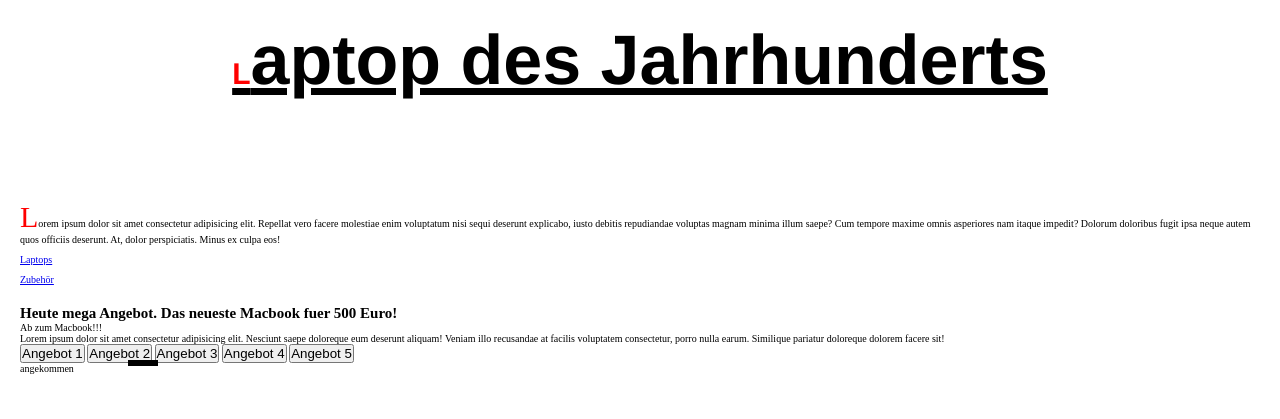
Repository: m0lt/modul_1
Page: 20250708_css_Class_ID/index.html
These files come from the project's save history. The page is drawn as it stood at one moment and after the next save; the edit follows.
The browser window is 1280 px wide. The pictures show the whole page.
Some web libraries are served in a nearby version.

Above is the page before, as saved 2025-07-07 10:30:10.

After the next save:
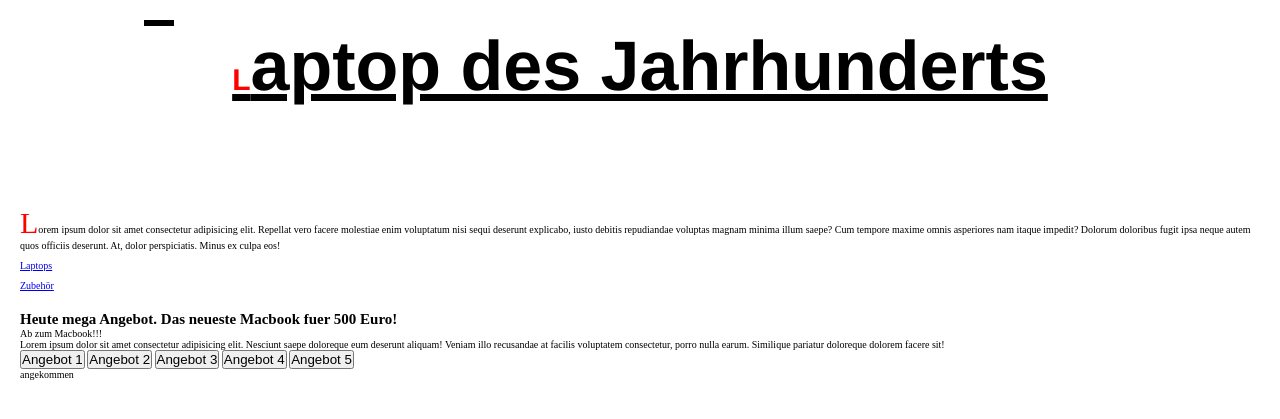
Saved 34 s later.
--- a/20250708_css_Class_ID/assets/css/styles.css
+++ b/20250708_css_Class_ID/assets/css/styles.css
@@ -50,15 +50,17 @@
     width: 30px;
     height: 6px;
     background-color: black;
-    position: absolute;
+    position: relative;
 }
 
 .hamburger::before{
     content: " ";
     top: -16px;
+    position: absolute;
 }
 
 .hamburger::after{
     content: " ";
     top: 16px;
+    position: absolute;
 }
